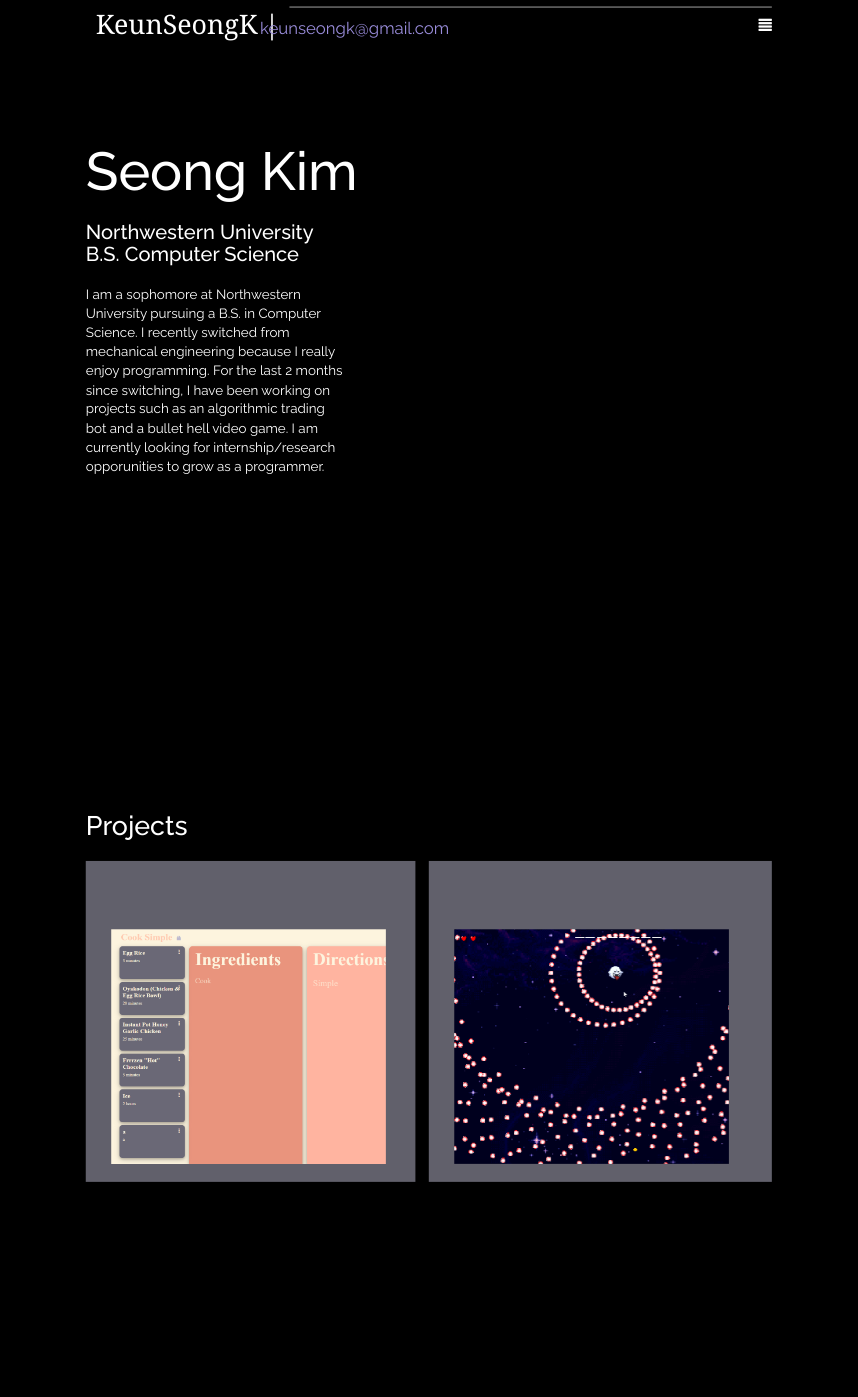
Repository: oqueuo/personal-site
Page: index.html
The author's editor kept a copy of each file at every save. The page is drawn from the files as they stood at one save, then again after the next save.
The browser window is 1280 px wide. The pictures show the whole page, at 67% of full size.

Above is the page before, as saved 2020-09-21 18:16:17.

### index.html
<!-- Accountability, Balance, Trustworthiness -->
<!DOCTYPE html>
<html lang="en">
  <head>
    <title>Seong Kim</title>
    <meta charset="UTF-8">
    <meta name="viewport" content="width=device-width, initial-scale=1.0">

    <script src="https://ajax.googleapis.com/ajax/libs/jquery/3.5.1/jquery.min.js"></script>
    <script src="https://maxcdn.bootstrapcdn.com/bootstrap/3.4.1/js/bootstrap.min.js"></script>
    <link rel="stylesheet" href="https://maxcdn.bootstrapcdn.com/bootstrap/3.4.1/css/bootstrap.min.css">
    <link rel="stylesheet" href="styles.css">
    <script src="scripts.js"></script>
  </head>

  <body>
    <main>
      <header>
        <h1 id="navbar-brand"><a href="index.html" class="navbar-brand">KeunSeongK |</a></h1>
        <a id="email" href = "mailto: abc@example.com">keunseongk@gmail.com</a>
        <ul>
          <li><span id="pulldown-btn" class="glyphicon glyphicon-align-justify"></span>
            <ul id="nav-pulldown">
              <li class="navbar-item"><a class="nav-link" href=#about></a></li>
              <li class="navbar-item" style="padding-right:100px;"><a class="nav-link" href="resume.html">Resume</a></li>
              <li class="navbar-item"><a class="nav-link" href="https://github.com/oqueuo">GitHub</a></li>
              <li class="navbar-item"><a class="nav-link" href="https://www.linkedin.com/in/seong-kim-a0a989160/">LinkedIn</a></li>
            </ul>
          </li>
        </ul>

      </header>
      <section id="horizontal-line"></section>
        <hr>
      </section>
      <!-- About me -->
      <section id="about">

        <div id="about-text">
          <h1>Seong Kim</h1>
          <h2>Northwestern University<br>B.S. Computer Science</h2>
          <p>I am a sophomore at Northwestern University pursuing
            a B.S. in Computer Science. I recently switched from mechanical engineering
            because I really enjoy programming. For the last 2 months since switching,
            I have been working on projects such as an algorithmic trading bot and a
            bullet hell video game. I am currently looking for internship/research
            opporunities to grow as a programmer.
          </p>
        </div>
      </section>

      <h1 id="projects-header">Projects</h1>

      <!-- Projects: Filled in with JS template -->
      <section id="projects">
      </section>

    </main>
  </body>
  <script>
    render_projects(projects, "#projects");
  </script>
</html>

### styles.css
@import url('https://fonts.googleapis.com/css2?family=Raleway:ital,wght@0,100;0,200;0,300;0,400;0,500;0,600;0,700;0,800;0,900;1,100;1,200;1,300;1,400;1,500;1,600;1,700;1,800;1,900&display=swap');
/* Global styles
------------------------------------*/
* {
    /* Remove Chrome default margins */
    margin: 0 !important;
    font-family: 'Raleway', sans-serif;
}
body {
    background: black;
    display: flex;
    justify-content: center;
}
main {
    position: relative;
    width: 80vw;
    display: block;
    /* background: saddlebrown; */
    margin-left: auto;
    margin-right: auto;
}


/* NAVBAR */
header {
    color: white;
    padding-top: 10px;
    position: relative;
    width: inherit;
}
header>a {
    position: absolute;
    font-size: 25px;
    left: 260px;
    top: 25px;
}
header ul {
    position: absolute;
    top: 25px;
    right: 0px;
}
#navbar-brand {

}
.navbar-brand {
    text-decoration: none;
    font-size: 40px !important;
    color: white;
    font-family: Cambria, Cochin, Georgia, Times, 'Times New Roman', serif !important;
}

.navbar-item {
    display: inline;
    font-size: 25px;
    padding-right: 15px;
}
ul a, #email, .more-info-on-github {
    text-decoration: none;
    color: rgb(153, 140, 218);
}

ul a:hover, #email:hover, .more-info-on-github:hover {
    opacity: 0.8;
}
ul a:active, #email:active, .more-info-on-github:active {
    opacity: 0.7;
}
#horizontal-line {
    width: 100vw;
    left: 0;
}


/* ABOUT */
#about {
    color: white;
    margin-top: 200px !important;
    /* background: royalblue; */
}
#about-text h1 {
    font-family: 'Raleway', sans-serif;
    font-size: 80px;
}
#about-text h2 {
    margin-top: 30px !important;
}
#about p {
    margin-top: 30px !important;
    max-width: 30vw;
    font-size: 20px;
}


/* Projects */

#projects-header {
    font-size: 40px;
    color: white;
    margin-top: 500px !important;
    margin-bottom: 30px !important;
}
#projects {
    display: flex;
    flex-wrap: wrap;
    padding: 0;
    width: 100%;
    margin-bottom: 300px !important;
}
.project-card-container {
    box-sizing: border-box;
    width: 50%;
    height: 500px;
    padding-right: 2%;
    padding-bottom: 2%;
    position: relative;
}
.project-card-container:nth-child(2n) {
    padding-right: 0;
}
.project-card-gray {
    background-color: rgb(97, 96, 107);
    height: 100%;
    width: 100%;
}
.project-card-content {
    width: 80%;
    height: 70%;
    position: absolute;
    background-size: cover;
    margin-left: 7.5% !important;
    margin-top: 20% !important;
    transition: .5s ease;
    backface-visibility: hidden;
}

.project-overlay {
    transition: .5s ease;
    opacity: 0;
    position: absolute;
    top: 50%;
    left: 50%;
    transform: translate(-50%, -50%);
    -ms-transform: translate(-50%, -50%);
}
.project-card-container:hover .project-card-content {
    opacity: 0.2;
}

.project-card-container:hover .project-overlay {
    opacity: 1;
}


/* Resume */
.resume {
    margin-top: 200px !important;
    background-image: url(backgrounds/resume330.png);
    height: 1000px;
    width: 63%;
}

.three-vertical-dots {
    color: white;
}

@media (max-width: 1300px) {
    /* Recipe pulldown */
    header ul {
        list-style: none;
        z-index: 5;
    }
    span.three-vertical-dots {
        /* Put the three dots on top right corner of recipe card */
        position: absolute;
        top: 10px;
        right: 10px;
    }
    .three-vertical-dots li:active {
        color: rgb(255, 239, 218);
    }
    #pulldown-btn {
        cursor: pointer;
        font-size: 20px;
    }
    ul #nav-pulldown {
        display: none;
        background-color: rgb(253, 244, 222);
        border: 1px solid #333;
        border-radius: 4px;
        width: 90px;
        padding: 5px;
        position: absolute;
        top: 30px;
        right: 10px;
        text-align: end;
    }
    ul #nav-pulldown li {
        color: #333;
        display: block;
        block-size: auto;
    }
    header>ul>li:hover #nav-pulldown {
        display: block;
    }
    ul #nav-pulldown a {
        color: rgb(76, 74, 83);
        font-size: 15px;
    }
}

### scripts.js
var projects = [
    {
        title: "Cook Simple",
        description: "A minimalist recipe storage app for computers and mobile devices.",
        cover: "backgrounds/cook-simple.png"
    },
    {
        title: "Boollet Hell",
        description: "A Bullet Hell shooter game. Inspired by popular bullet hell shooters from Japan",
        cover: "backgrounds/boollet-hell.png"
    }
]
let more_info_on_my_github = "More info on <a class='more-info-on-github' href='https://github.com/oqueuo'>GitHub</a>"


function render_projects(projects, projects_id) {
    let project_case = document.querySelector(projects_id);
    if (project_case) {
        if (projects instanceof Array) {
            for (let project of projects) {
                let template = `
                <div class="project-card-content" style="background-image: url(${project.cover});"></div>
                <div class="project-overlay">
                    <p>${project.description}<br><br></p>
                    ${more_info_on_my_github}
                </div>`;

                let project_card_container = document.createElement("div");
                project_card_container.className = "project-card-container";
                project_card_container.innerHTML = `
                <div class="project-card-gray">
                    ${template}
                </div>
                `
                project_case.append(project_card_container);
            }
        }
    }
}

const show_project_info = (el) => {

}

After the next save:
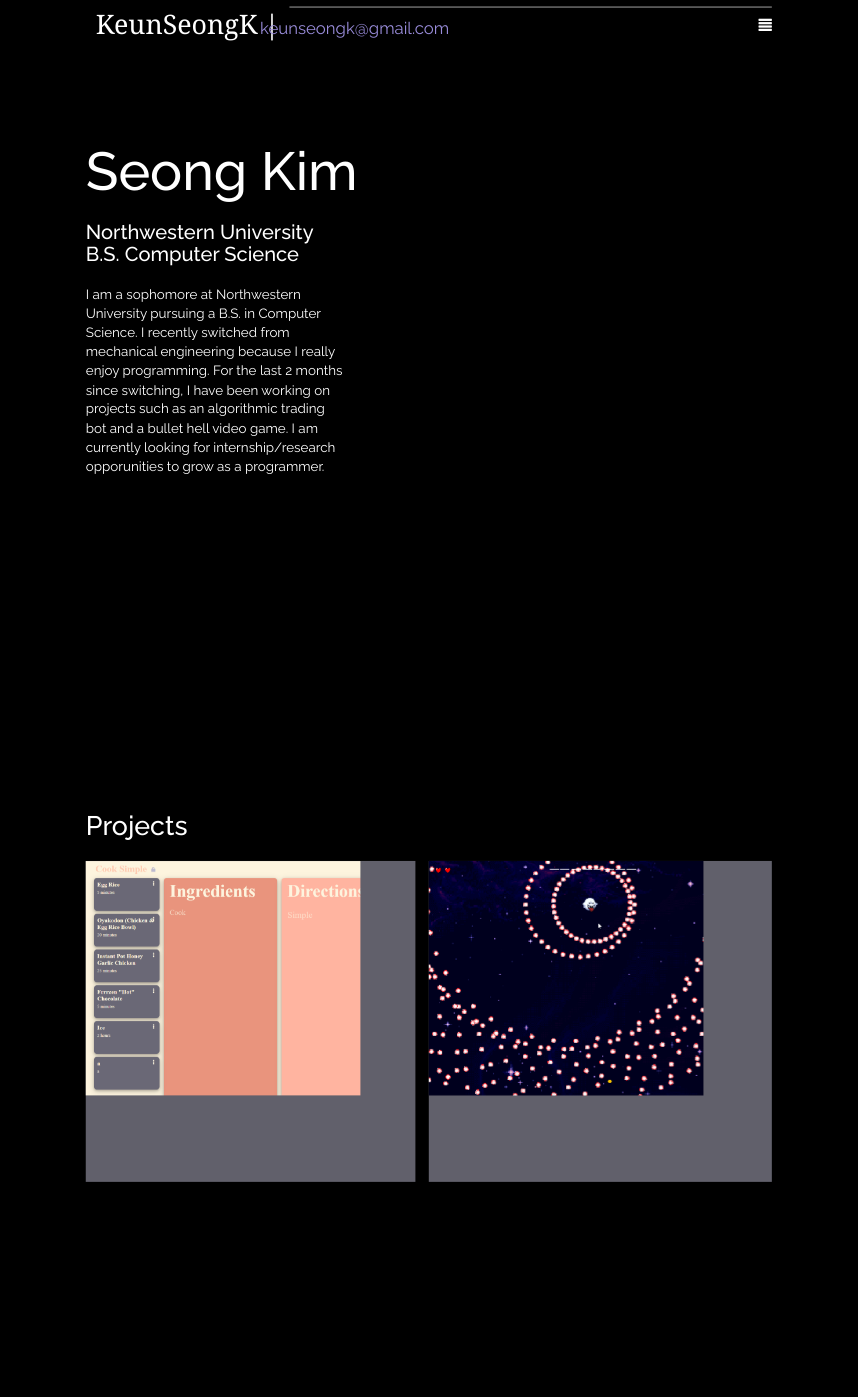
Saved 18 s later.
--- a/styles.css
+++ b/styles.css
@@ -127,8 +127,6 @@ ul a:active, #email:active, .more-info-on-github:active {
     height: 70%;
     position: absolute;
     background-size: cover;
-    margin-left: 7.5% !important;
-    margin-top: 20% !important;
     transition: .5s ease;
     backface-visibility: hidden;
 }
